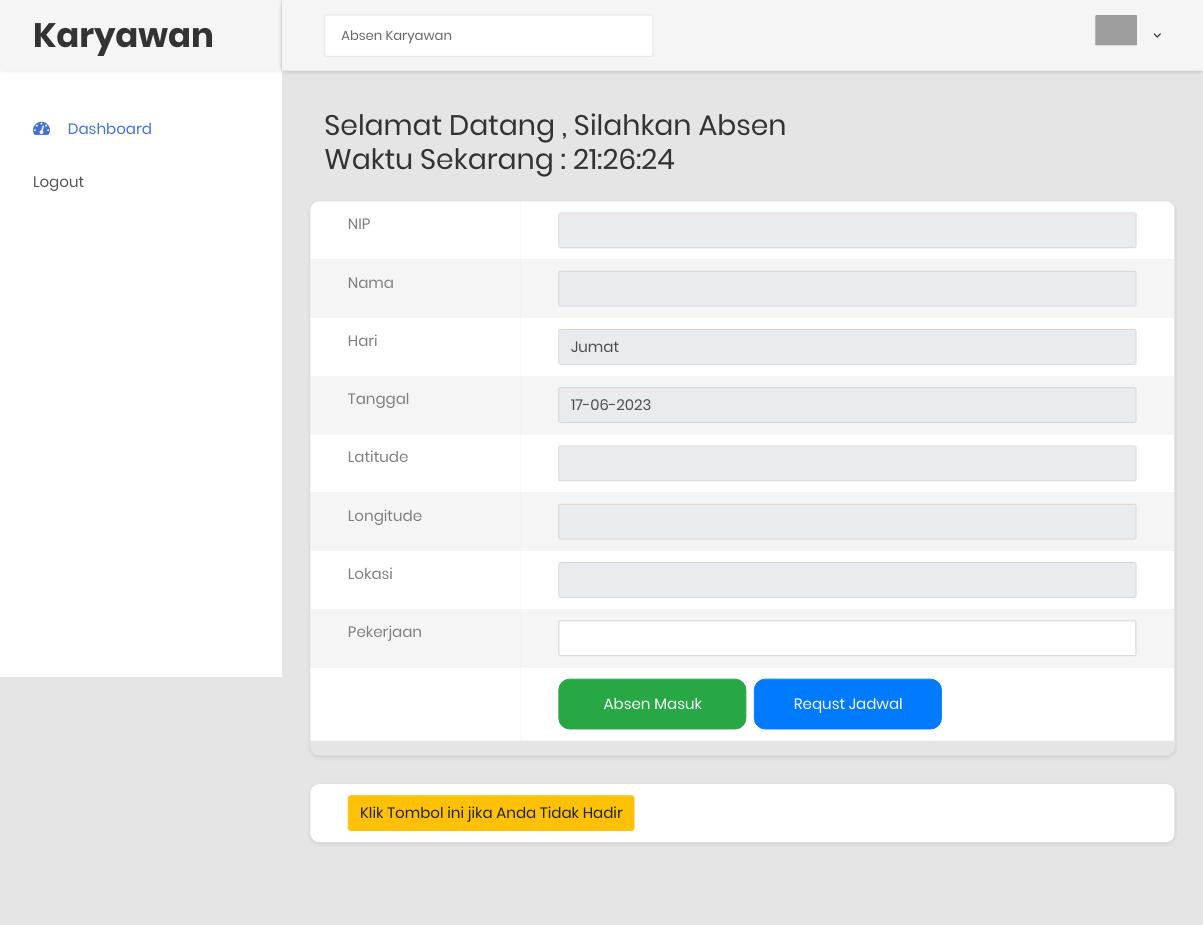
Repository: naldi23bob/Absen2
Page: http://localhost/karyawan/awal.php?m=awal
An editor plug-in stored every save of this project. The page is shown before and after the next save, followed by the edit.
The browser window is 1280 px wide. The pictures show the whole page, at 94% of full size.
Pictures or frames that could not be fetched are drawn as grey boxes. Some web libraries are served in a nearby version. The page is run by PHP 8.4 with error messages shown; the project is at /var/www/html/. The database holds what the project's SQL file puts in it.

Above is the page before, as saved 2023-07-23 16:45:39.

After the next save:
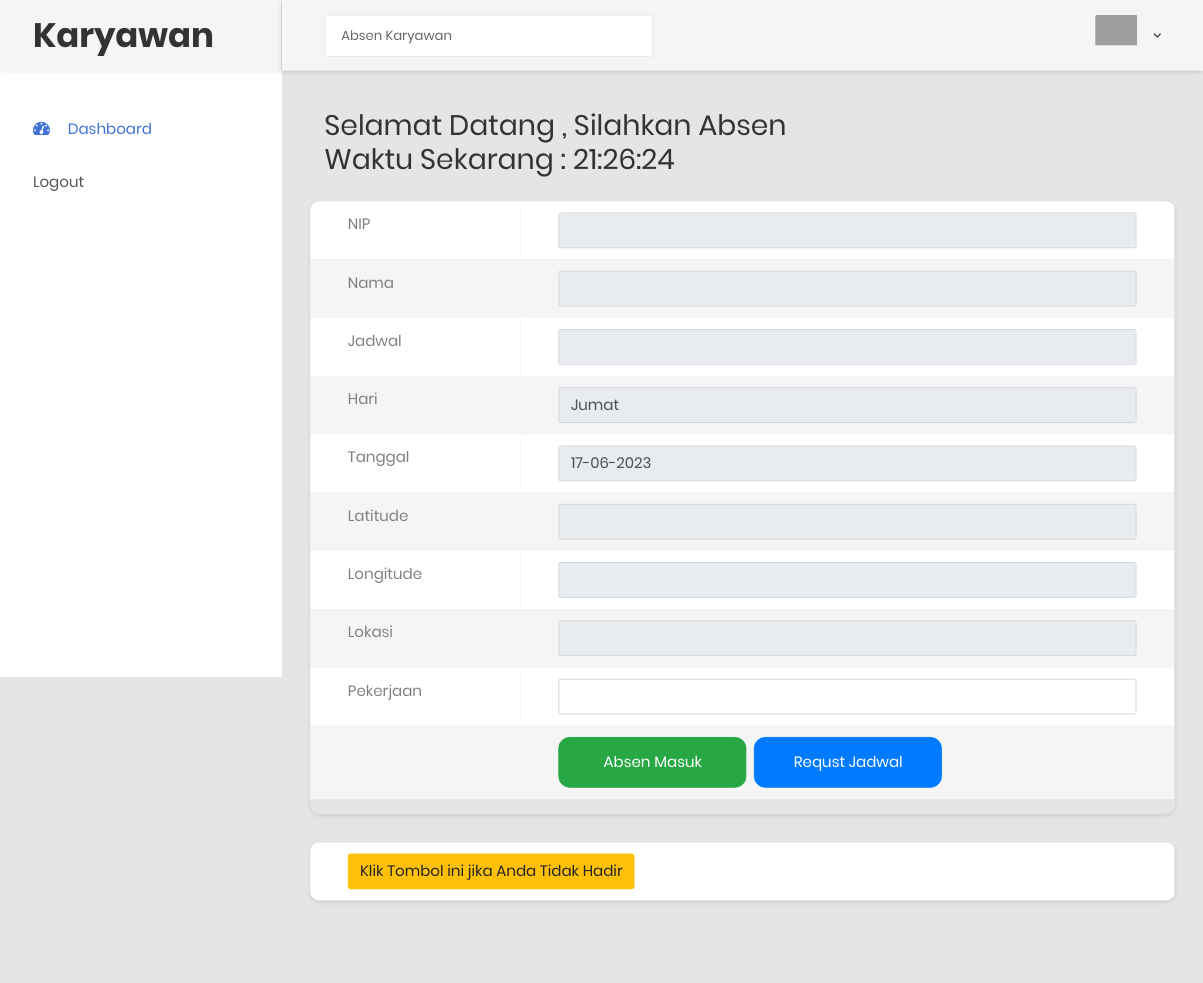
Saved 6 min 37 s later.
--- a/karyawan/awal.php
+++ b/karyawan/awal.php
@@ -241,10 +241,10 @@ include '../library.php';
                                                 <td>Nama</td>
                                                 <td><input type="text" class="form-control" name="nama" autocomplete="off" readonly="" value="<?php echo $_SESSION['namasi']; ?>"></td>
                                             </tr>
-                                            <!-- <tr>
+                                            <tr>
                                                 <td>Jadwal</td>
                                                 <td><input type="text" class="form-control" name="schedule" autocomplete="off" readonly="" value="<?php echo $_SESSION['schedulesi']; ?>"></td>
-                                            </tr> -->
+                                            </tr>
 
                                             <tr>
                                                 <td>Hari</td>
